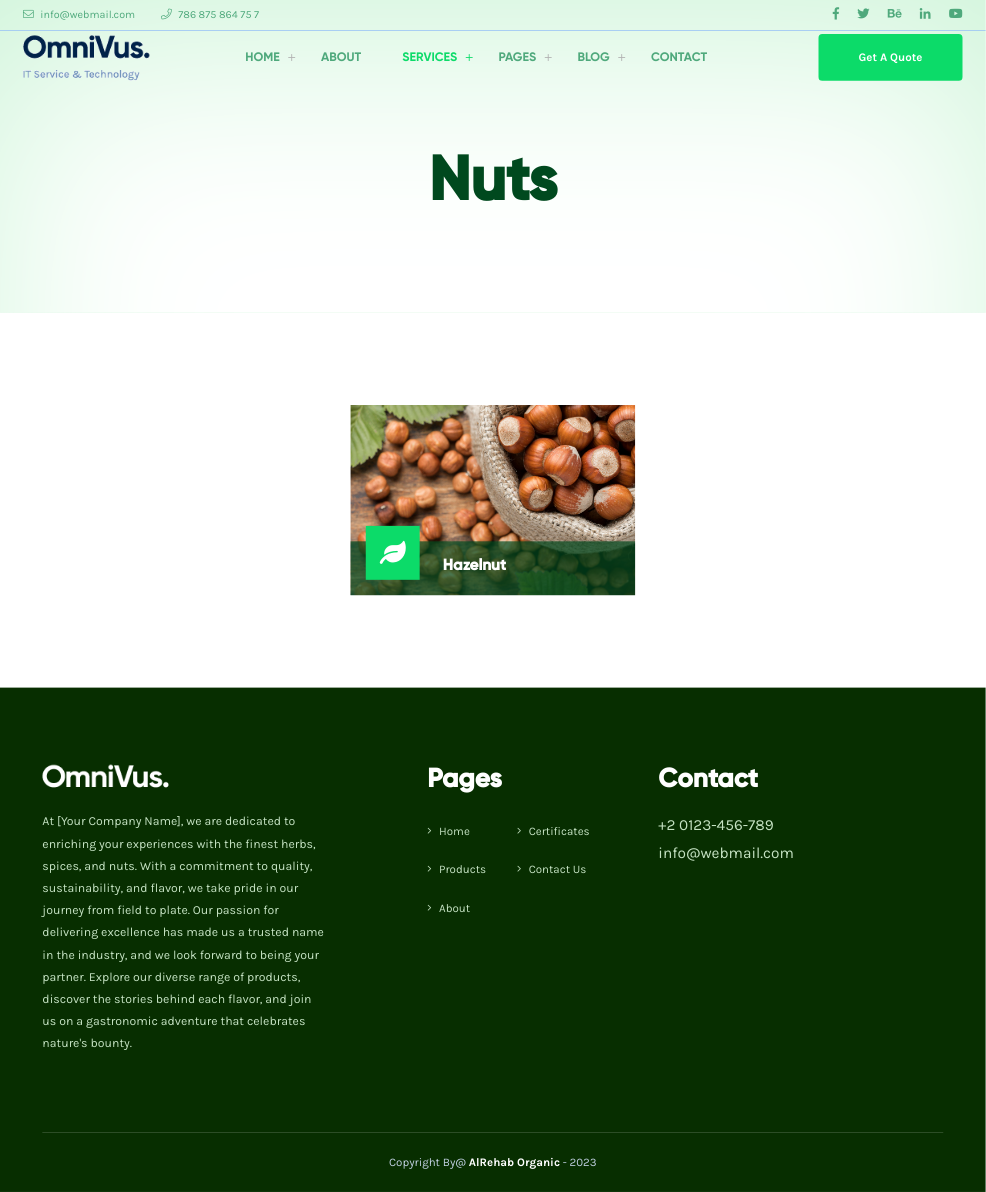
Repository: ziadmoh/alrehab-organic
Page: products.html
The author's editor kept a copy of each file at every save. The page is drawn from the files as they stood at one save, then again after the next save.
The browser window is 1280 px wide. The pictures show the whole page, at 77% of full size.
The style sheet was rebuilt from its Sass, Less or Tailwind sources for each picture, by a compiler version that may differ from the author's.

Above is the page before, as saved 2023-09-26 12:07:33.

### products.html
<!DOCTYPE html>
<html lang="zxx">

<head>
    <!--====== Required meta tags ======-->
    <meta charset="utf-8" />
    <meta http-equiv="x-ua-compatible" content="ie=edge" />
    <meta name="description" content="" />
    <meta name="viewport" content="width=device-width, initial-scale=1, shrink-to-fit=no" />

    <!--====== Title ======-->
    <title> Herbs and Spices Exporter | AlRehab Organic </title>
    <!--====== Favicon Icon ======-->
    <link rel="shortcut icon" href="assets/img/favicon.ico" type="img/png" />
    <!--====== Bootstrap css ======-->
    <link rel="stylesheet" href="assets/css/bootstrap.min.css" />
    <!--====== Slick Slider ======-->
    <link rel="stylesheet" href="assets/css/slick.css" />
    <!--====== Magnific ======-->
    <link rel="stylesheet" href="assets/css/magnific-popup.css" />
    <!--====== Animate CSS ======-->
    <link rel="stylesheet" href="assets/css/animate.min.css" />
    <!--====== Font Awesome ======-->
    <link rel="stylesheet" href="assets/css/font-awesome.min.css" />
    <!--====== Main Css ======-->
    <link rel="stylesheet" href="assets/css/style.css" />
</head>

<body>
    <!--====== Preloader Start ======-->
    <div id="preloader">
        <div class="loader-cubes">
            <div class="loader-cube1 loader-cube"></div>
            <div class="loader-cube2 loader-cube"></div>
            <div class="loader-cube4 loader-cube"></div>
            <div class="loader-cube3 loader-cube"></div>
        </div>
    </div>
    <!--====== Preloader End ======-->

    <!--====== Header Part Start ======-->
    <header class="header-two header-full-width sticky-header">
        <div class="header-topbar d-none d-sm-block">
            <div class="container-fluid">
                <div class="row align-items-center justify-content-between">
                    <div class="col-sm-auto col-12">
                        <ul class="contact-info text-center">
                            <li><a href="#"><i class="fal fa-envelope"></i> info@webmail.com</a></li>
                            <li><a href="#"><i class="fal fa-phone"></i> 786 875 864 75 7</a></li>
                        </ul>
                    </div>
                    <div class="col-sm-auto col-12">
                        <div class="social-icon text-center">
                            <ul>
                                <li><a href="#"><i class="fab fa-facebook-f"></i></a></li>
                                <li><a href="#"><i class="fab fa-twitter"></i></a></li>
                                <li><a href="#"><i class="fab fa-behance"></i></a></li>
                                <li><a href="#"><i class="fab fa-linkedin-in"></i></a></li>
                                <li><a href="#"><i class="fab fa-youtube"></i></a></li>
                            </ul>
                        </div>
                    </div>
                </div>
            </div>
        </div>
        <div class="header-navigation">
            <div class="container-fluid d-flex align-items-center justify-content-between">
                <div class="header-left">
                    <div class="site-logo">
                        <a href="index.html"><img src="assets/img/logo-2.png" alt="Omnivus"></a>
                    </div>
                </div>
                <div class="site-nav-menu">
                    <ul class="primary-menu">
                        <li>
                            <a href="index.html">Home</a>
                             <ul class="submenu">
                                <li><a href="index.html">Home 1</a></li>
                                <li><a href="index-2.html">Home 2</a></li>
                                <li><a href="index-3.html">Home 3</a></li>
                                <li><a href="index-4.html">Home 4</a></li>
                                <li><a href="index-5.html">Home 5</a></li>
                                <li><a href="index-6.html">Home 6</a></li>
                                <li>
                                    <a href="#">OnePage</a>
                                    <ul class="submenu">
                                        <li><a href="index-onepage.html">Home 1</a></li>
                                        <li><a href="index-2-onepage.html">Home 2</a></li>
                                        <li><a href="index-3-onepage.html">Home 3</a></li>
                                        <li><a href="index-4-onepage.html">Home 4</a></li>
                                        <li><a href="index-5-onepage.html">Home 5</a></li>
                                        <li><a href="index-6-onepage.html">Home 6</a></li>
                                    </ul>
                                </li>
                            </ul>
                        </li>
                        <li>
                            <a class="nav-link" href="about.html">About</a>
                        </li>
                        <li class="current">
                            <a href="#">Services</a>
                            <ul class="submenu">
                                <li><a href="services.html">Services</a></li>
                                <li><a href="services-details.html">Services Details</a></li>
                            </ul>
                        </li>
                        <li>
                            <a href="#">Pages</a>
                            <ul class="submenu">
                                <li><a href="case-study.html">case study</a></li>
                                <li><a href="case-details.html">Case Details</a></li>
                                <li><a href="coming-soon.html">coming soon</a></li>
                                <li><a href="error.html">error</a></li>
                                <li><a href="faq.html">faq</a></li>
                                <li><a href="pricing.html">pricing</a></li>
                                <li><a href="shop.html">shop</a></li>
                                <li><a href="shop-details.html">shop Details</a></li>
                                <li><a href="cart.html">Cart</a></li>
                                <li><a href="checkout.html">Checkout</a></li>
                                <li><a href="privacy.html">Privacy</a></li>
                                <li><a href="team.html">team</a></li>
                                <li><a href="team-details.html">team details</a></li>
                            </ul>
                        </li>
                        <li>
                            <a href="#">Blog</a>
                            <ul class="submenu">
                                <li><a href="blog-standard.html">Blog Standard</a></li>
                                <li><a href="blog-grid.html">Blog Grid</a></li>
                                <li><a href="blog-details.html">Blog Details</a></li>
                            </ul>
                        </li>
                        <li>
                            <a href="contact.html">Contact</a>
                        </li>
                    </ul>
                    <a href="#" class="nav-close"><i class="fal fa-times"></i></a>
                </div>
                <div class="header-extra d-flex align-items-center">
                    <div class="nav-toggler">
                        <span></span><span></span><span></span>
                    </div>
                    <div class="navbar-btn">
                        <a href="#">Get A Quote</a>
                    </div>
                </div>
            </div>
        </div>
    </header>
    <!--====== Header Part End ======-->

    <!--====== Page Title start ======-->
    <section class="page-title-area">
        <div class="container">
            <h2 class="title">Nuts</h2>
        </div>
    </section>
    <!--====== Page Title End ======-->

    <!--====== Service Section Start ======-->
    <section class="service-section-two section-gap-top pb-90">
        <div class="container">
            <div class="row service-items justify-content-center">
                <div class="col-lg-4 col-md-6 col-sm-8">
                    <div class="service-item-eight mb-30">
                        <div class="service-img">
                            <img src="assets/img/products/hazelnut.jpg" alt="Image">
                        </div>
                        <div class="services-overlay">
                            <div class="icon"><i class="fas fa-leaf"></i></div>
                            <h4 class="title"><a href="#">Hazelnut</a></h4>
                            <p>Lorem ipsum dolor sit amet consectetur adipisicing elit. Debitis harum tenetur eligendi explicabo, natus excepturi.</p>
                        </div>
                    </div>
                </div>

            </div>
        </div>
    </section>
    <!--====== Service Section End ======-->


    <!--====== Back to top start ======-->
    <div class="back-to-top">
        <a href="#"> <i class="fas fa-arrow-up"></i> </a>
    </div>
    <!--====== Back to top start ======-->

    <!--====== Footer PART START ======-->
    <footer class="footer-area">
        <div class="container">
            <div class="row footer-widgets">
                <div class="col-lg-4 col-md-6 col-md-7">
                    <div class="widget about-widget">
                        <div class="logo">
                            <img src="assets/img/logo-1.1.png" alt="">
                        </div>
                        <p>At [Your Company Name], we are dedicated to enriching your experiences with the finest herbs, spices, and nuts. With a commitment to quality, sustainability, and flavor, we take pride in our journey from field to plate. Our passion for delivering excellence has made us a trusted name in the industry, and we look forward to being your partner. Explore our diverse range of products, discover the stories behind each flavor, and join us on a gastronomic adventure that celebrates nature's bounty.</p>

                    </div>
                </div>
                <div class="col-lg-3 col-md-6 offset-xl-1">
                    <div class="widget nav-widget">
                        <h4 class="widget-title">Pages</h4>
                        <div class="footer-list">
                            <ul>
                                <li><a href="index.html"><i class="fal fa-angle-right"></i> Home</a></li>
                                <li><a href="products.html"><i class="fal fa-angle-right"></i> Products</a></li>
                                <li><a href="about.html"><i class="fal fa-angle-right"></i> About</a></li>

                            </ul>
                            <ul>
                                <li><a href="certificates.html"><i class="fal fa-angle-right"></i> Certificates</a></li>
                                <li><a href="contact.html"><i class="fal fa-angle-right"></i> Contact Us</a></li>

                            </ul>
                        </div>
                    </div>
                </div>
                <div class="col-lg-4 col-md-6 col-md-6">
                    <div class="widget contact-widget">
                        <h4 class="widget-title">Contact</h4>
                        <ul>

                            <li>+2 0123-456-789</li>
                            <li>info@webmail.com</li>
                        </ul>
                    </div>
                </div>
            </div>
            <div class="footer-copyright">
                <p>Copyright By@ <a href="#">AlRehab Organic</a> - 2023</p>
            </div>
        </div>
    </footer>
    <!--====== Footer PART ENDS ======-->

    <!--====== Jquery ======-->
    <script src="assets/js/jquery-1.12.4.min.js"></script>
    <!--====== Bootstrap ======-->
    <script src="assets/js/bootstrap.bundle.min.js"></script>
    <!--====== Slick slider ======-->
    <script src="assets/js/slick.min.js"></script>
    <!--====== Magnific ======-->
    <script src="assets/js/jquery.magnific-popup.min.js"></script>
    <!--====== Isotope ======-->
    <script src="assets/js/isotope.pkgd.min.js"></script>
    <!--====== Imagesloaded ======-->
    <script src="assets/js/imagesloaded.pkgd.min.js"></script>
    <!--====== Inview ======-->
    <script src="assets/js/jquery.inview.min.js"></script>
    <!--====== Easy Pie Chart ======-->
    <script src="assets/js/jquery.easypiechart.min.js"></script>
    <!--====== Syotimer ======-->
    <script src="assets/js/jquery.syotimer.min.js"></script>
    <!--====== Wow ======-->
    <script src="assets/js/wow.min.js"></script>
    <!--====== Main JS ======-->
    <script src="assets/js/main.js"></script>
</body>

</html>

### assets/scss/style.scss
/*-----------------------------------------------------------------------------------
    Template Name: Omnivus - IT Solutions & Digital Services HTML5 Template
    Template URI: https://webtend.net/demo/html/omnivus/
    Author: WebTend
    Author URI:  https://webtend.net/
    Version: 1.0

    Note: This is Main Style Scss File.
-----------------------------------------------------------------------------------
	CSS INDEX
	===================
    01. Common
    02. Header
    03. Banner
    04. Service
    05. Feature
    05. Portdolio
    07. Counter
    08. Team
    09. Testimonial
    10. Call to action
    11. Latest Post
    12. About
    13. Why Choose
    14. Contact
    15. Intro Video
    16. Accordion
    17. history
    18. Brand
    19. Page title
    20. Shop
    21. Blog
    22. Pricing
    23. Tile Gallery
    24. Comming Soon
    25. Privacy
-----------------------------------------------------------------------------------*/

@import "variables";
@import "common";
@import "header";
@import "banner";
@import "service";
@import "feature";
@import "portfolio";
@import "counter";
@import "team";
@import "testimonial";
@import "cta";
@import "latest-news";
@import "about";
@import "why-choose";
@import "contact";
@import "intro-video";
@import "accordion";
@import "history";
@import "brand";
@import "footer";
@import "page-title";
@import "shop";
@import "blog";
@import "pricing";
@import "tile-gallery";
@import "coming-soon";
@import "privacy";

### assets/scss/_brand.scss
/*=======  Brand Slider  =======*/
.brand-slider {
    .brand-item {
        text-align: center;

        a {
            opacity: 0.2;

            &:hover {
                opacity: 1;
            }
        }

        &.full-opacity a{
            opacity: 1;
        }
    }

    .slick-track {
        display: flex;
        align-items: center;
    }
}

### assets/scss/_page-title.scss
/*=======  Page Title  =======*/
.page-title-area {
    background: #a9ecbb96;
    position: relative;
    z-index: 1;
    text-align: center;
    padding-top: 190px;
    padding-bottom: 110px;

    @include respond-below(sm) {
        padding-top: 180px;
    }

    &::before {
        position: absolute;
        content: "";
        top: 0;
        left: 0;
        width: 100%;
        height: 100%;
        background-image: url(../img/banner/banner-gradient-bg-2.png);
        background-repeat: no-repeat;
        background-size: cover;
        background-position: center;
        z-index: -1;
    }

    .title {
        font-size: 80px;
        margin-bottom: 10px;

        @include respond-below(lg) {
            font-size: 62px;
        }

        @include respond-below(sm) {
            font-size: 38px;
        }
    }

    .breadcrumb-nav {
        display: flex;
        justify-content: center;

        li {
            font-size: 24px;
            font-weight: 700;
            position: relative;
            line-height: 1;

            @include respond-below(sm) {
                font-size: 18px;
            }

            &:not(:last-child) {
                &::after {
                    content: "|";
                    margin: 0 8px;
                }
            }

            &,
            a {
                color: #69a1bb;
            }
        }
    }
}

### assets/scss/_tile-gallery.scss
/*======= Tile Gallery =======*/
.tile-gallery-one {
    text-align: right;

    img {
        border: 11px solid $white;
        box-shadow: 0px 13px 30px rgba(0, 0, 0, 0.07);
    }

    .img-one {
        text-align: left;

        @include respond-between(lg, xl) {
            max-width: 90%;
        }

        @include respond-below(md) {
            max-width: 90%;
        }
    }

    .img-two {
        margin-top: -80px;
        position: relative;
        display: inline-block;
        margin-left: auto;
        z-index: 1;

        @include respond-between(lg, xl) {
            max-width: 90%;
        }

        @include respond-below(md) {
            max-width: 90%;
        }

        &::before {
            content: "";
            position: absolute;
            content: "";
            left: -15px;
            bottom: -15px;
            background-color: $primary-color;
            z-index: -1;
            height: 180px;
            width: 180px;
            clip-path: polygon(0 0, 0% 100%, 100% 100%);
        }
    }
}

.tile-gallery-two {
    text-align: right;

    .img-one {
        text-align: left;

        @include respond-below(sm) {
            max-width: 90%;
        }
    }

    .img-two {
        margin-top: -220px;
        position: relative;
        z-index: 1;
        display: inline-block;

        @include respond-between(lg, xl) {
            max-width: 80%;
        }

        @include respond-below(sm) {
            max-width: 90%;
        }

        &::before {
            content: "";
            position: absolute;
            content: "";
            right: -15px;
            bottom: -15px;
            background-color: $primary-color;
            z-index: -1;
            width: calc(100% - 80px);
            height: calc(100% - 80px);
            clip-path: polygon(100% 0, 0% 100%, 100% 100%);
        }
    }
}

.tile-gallery-three {
    .img-one {
        text-align: right;

        @include respond-below(sm) {
            max-width: 90%;
        }
    }

    .img-two {
        margin-top: -220px;
        position: relative;
        z-index: 1;
        display: inline-block;

        @include respond-below(sm) {
            max-width: 90%;
        }

        @include respond-between(lg, xl) {
            max-width: 90%;
        }

        img {
            border: 15px solid $soft-blue;
        }
    }
}

### assets/scss/_privacy.scss
/*=======  Privacy  =======*/
.privacy-area {
    .content-box {
        padding-bottom: 25px;
        border-bottom: 1px solid $border-color;
        color: $text-color-2;

        &:last-child {
            border-bottom: none;
        }

        h2 {
            margin-bottom: 20px;
        }

        h4 {
            max-width: 80%;
            margin-bottom: 15px;
        }

        p {
            margin-bottom: 20px;
        }

        ul.list {
            margin-top: 15px;

            li {
                position: relative;
                padding-left: 20px;
                padding-bottom: 15px;
                line-height: 20px;

                &:before {
                    position: absolute;
                    top: 5px;
                    left: 0;
                    width: 10px;
                    height: 10px;
                    border-radius: 10px;
                    background: $secondary-color;
                    content: "";
                }
            }
        }
    }
}

Loaded but not shown: assets/css/bootstrap.min.css (library); assets/css/slick.css (common file); assets/css/magnific-popup.css (library); assets/css/animate.min.css (library); assets/css/font-awesome.min.css (library); assets/js/jquery-1.12.4.min.js (library); assets/js/bootstrap.bundle.min.js (library); assets/js/slick.min.js (library); assets/js/jquery.magnific-popup.min.js (library); assets/js/isotope.pkgd.min.js (library); assets/js/imagesloaded.pkgd.min.js (library); assets/js/jquery.inview.min.js (common file); assets/js/jquery.easypiechart.min.js (library); assets/js/jquery.syotimer.min.js (library); assets/js/wow.min.js (library); assets/js/main.js (629 lines, source omitted); assets/scss/_blog.scss (1050 lines, source omitted); assets/scss/_header.scss (781 lines, source omitted); assets/scss/_service.scss (849 lines, source omitted); assets/scss/_banner.scss (727 lines, source omitted); assets/scss/_common.scss (1101 lines, source omitted); assets/scss/_shop.scss (765 lines, source omitted); assets/scss/_portfolio.scss (552 lines, source omitted); assets/scss/_team.scss (422 lines, source omitted); assets/scss/_accordion.scss (320 lines, source omitted); assets/scss/_feature.scss (328 lines, source omitted); assets/scss/_intro-video.scss (289 lines, source omitted); assets/scss/_counter.scss (327 lines, source omitted); assets/scss/_latest-news.scss (316 lines, source omitted); assets/scss/_cta.scss (275 lines, source omitted); assets/scss/_contact.scss (280 lines, source omitted); assets/scss/_about.scss (261 lines, source omitted); assets/scss/_footer.scss (239 lines, source omitted); assets/scss/_history.scss (164 lines, source omitted); assets/scss/_coming-soon.scss (136 lines, source omitted); assets/scss/_testimonial.scss (143 lines, source omitted); assets/scss/_variables.scss (120 lines, source omitted); assets/scss/_pricing.scss (147 lines, source omitted); assets/scss/_why-choose.scss (109 lines, source omitted)

After the next save:
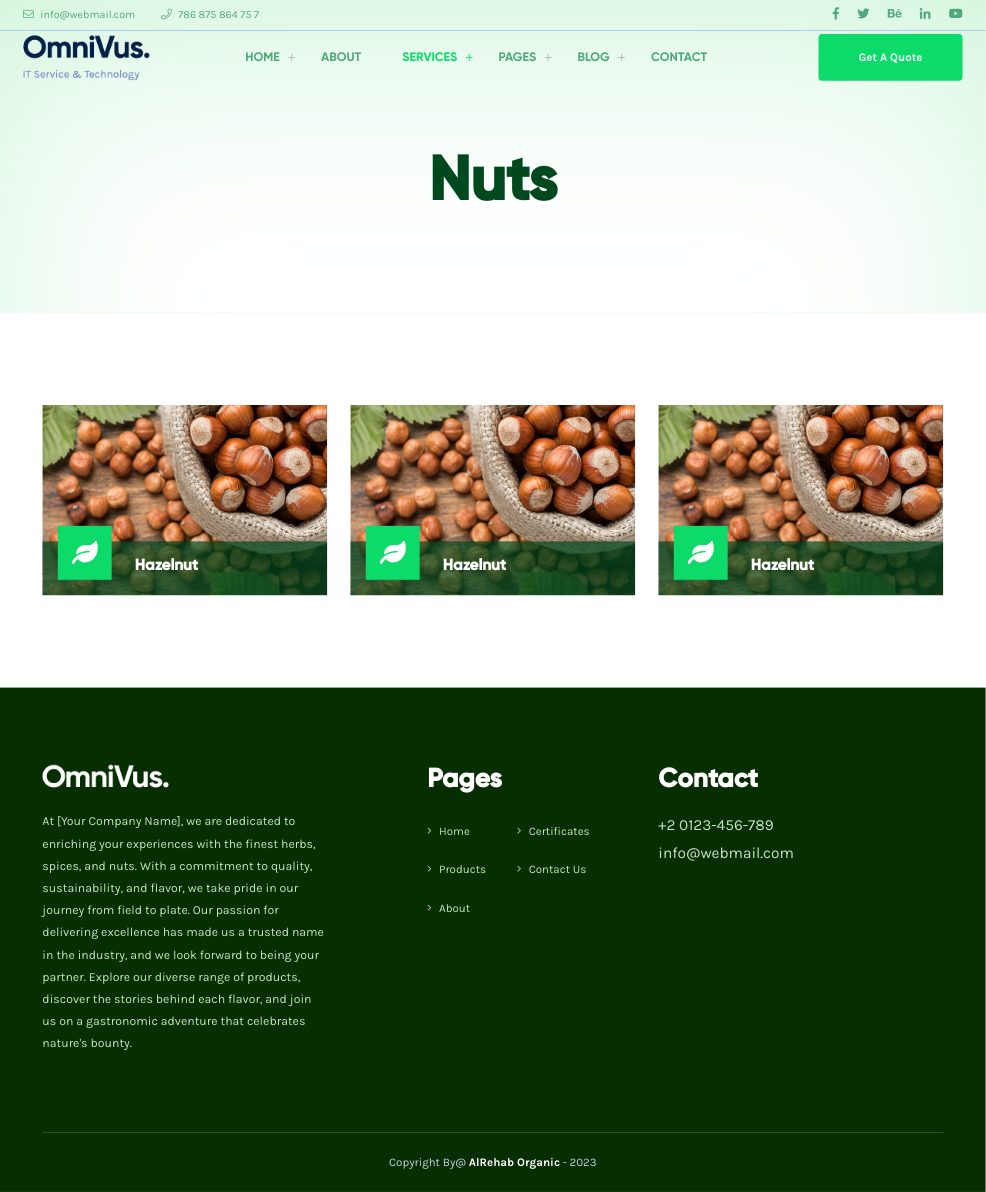
Saved 14 s later.
--- a/products.html
+++ b/products.html
@@ -161,6 +161,30 @@
     <section class="service-section-two section-gap-top pb-90">
         <div class="container">
             <div class="row service-items justify-content-center">
+                <div class="col-lg-4 col-md-6 col-sm-8">
+                    <div class="service-item-eight mb-30">
+                        <div class="service-img">
+                            <img src="assets/img/products/hazelnut.jpg" alt="Image">
+                        </div>
+                        <div class="services-overlay">
+                            <div class="icon"><i class="fas fa-leaf"></i></div>
+                            <h4 class="title"><a href="#">Hazelnut</a></h4>
+                            <p>Lorem ipsum dolor sit amet consectetur adipisicing elit. Debitis harum tenetur eligendi explicabo, natus excepturi.</p>
+                        </div>
+                    </div>
+                </div>
+                <div class="col-lg-4 col-md-6 col-sm-8">
+                    <div class="service-item-eight mb-30">
+                        <div class="service-img">
+                            <img src="assets/img/products/hazelnut.jpg" alt="Image">
+                        </div>
+                        <div class="services-overlay">
+                            <div class="icon"><i class="fas fa-leaf"></i></div>
+                            <h4 class="title"><a href="#">Hazelnut</a></h4>
+                            <p>Lorem ipsum dolor sit amet consectetur adipisicing elit. Debitis harum tenetur eligendi explicabo, natus excepturi.</p>
+                        </div>
+                    </div>
+                </div>
                 <div class="col-lg-4 col-md-6 col-sm-8">
                     <div class="service-item-eight mb-30">
                         <div class="service-img">
